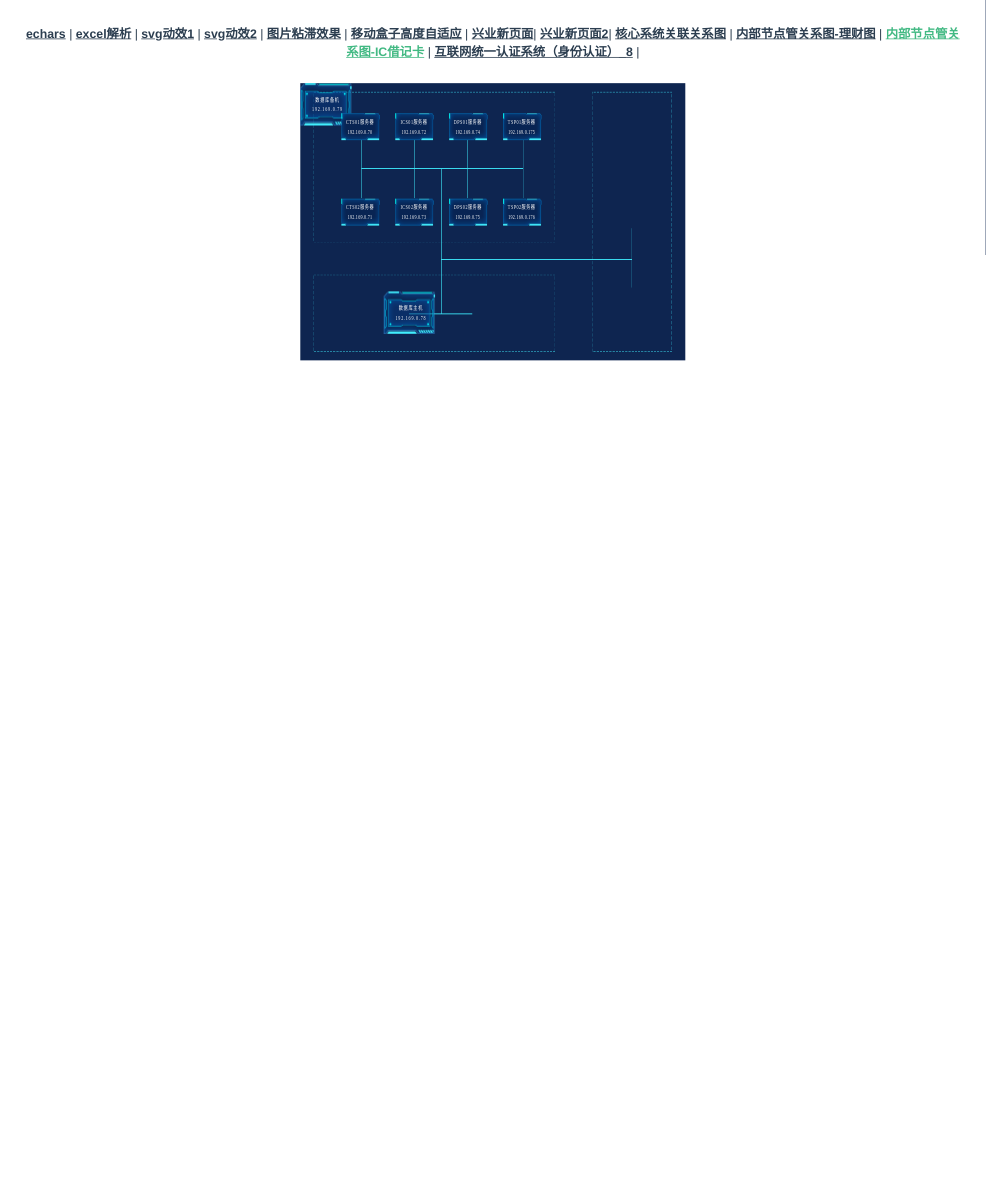
Repository: dmj199811/animation-dmj
Page: /#/work-page7
These files come from the project's save history. The page is drawn as it stood at one moment and after the next save; the edit follows.
The browser window is 1280 px wide. The pictures show the whole page, at 77% of full size.
The project was rebuilt for these pictures with package versions that can differ from the ones it lists, and the page was loaded fresh each time.

Above is the page before, as saved 2020-07-05 13:29:17.

After the next save:
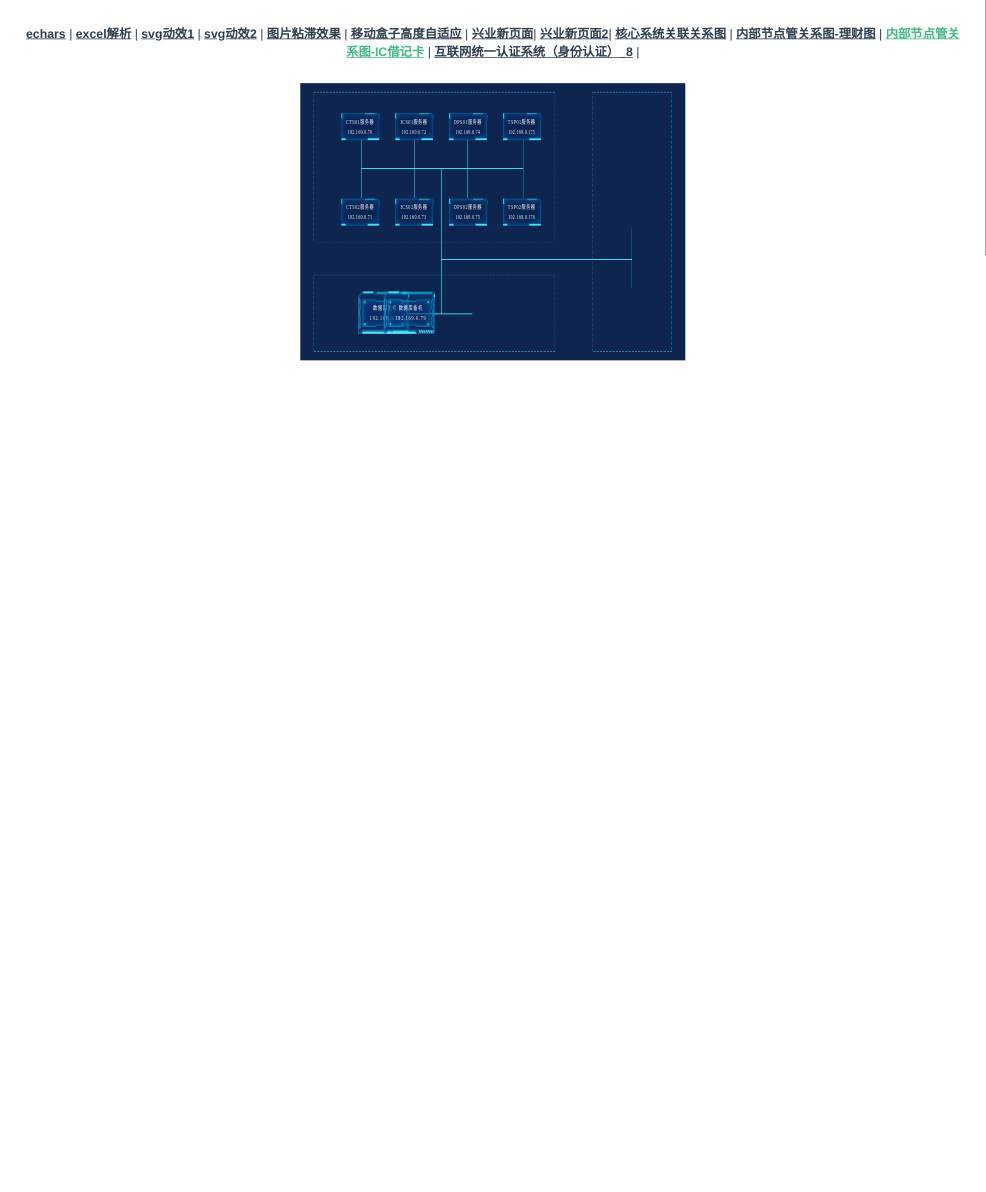
Saved 7 s later.
--- a/src/views/newPage5/index.vue
+++ b/src/views/newPage5/index.vue
@@ -239,7 +239,7 @@ export default {
   top: 541px;
   left: 225px;
 }
-.batch-pos1 {
+.batch-pos2 {
   position: absolute;
   top: 541px;
   left: 325px;
